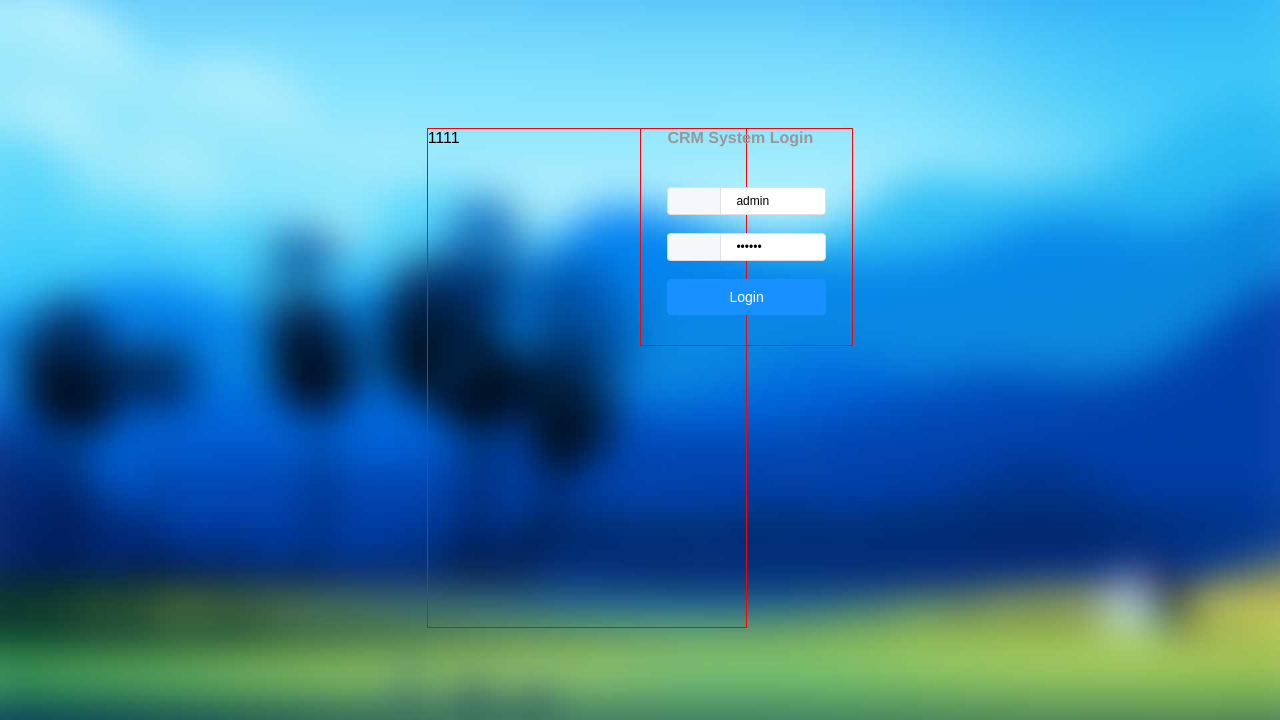
Repository: JasonMMM/ty-crm-sys
Page: /
These files come from the project's save history. The page is drawn as it stood at one moment and after the next save; the edit follows.
The browser window is 1280 px wide. The pictures show the whole page.
The project was rebuilt for these pictures with package versions that can differ from the ones it lists, and the page was loaded fresh each time. Also part of the build but not shown: vue.config.js, src/components/RightPanel/index.vue, src/layout/components/AppMain.vue, src/utils/i18n.js, src/components/Breadcrumb/index.vue, src/components/Hamburger/index.vue, src/components/ErrorLog/index.vue, src/components/Screenfull/index.vue and 18 more.

Above is the page before, as saved 2020-07-24 09:15:28.

### src/styles/element-variables.scss
/**
* I think element-ui's default theme color is too light for long-term use.
* So I modified the default color and you can modify it to your liking.
**/

/* theme color */
$--color-primary: #1890ff;
$--color-success: #13ce66;
$--color-warning: #ffba00;
$--color-danger: #ff4949;
// $--color-info: #1E1E1E;

$--button-font-weight: 400;

// $--color-text-regular: #1f2d3d;

$--border-color-light: #dfe4ed;
$--border-color-lighter: #e6ebf5;

$--table-border: 1px solid #dfe6ec;

/* icon font path, required */
$--font-path: "~element-ui/lib/theme-chalk/fonts";

@import "~element-ui/packages/theme-chalk/src/index";

// the :export directive is the magic sauce for webpack
// https://www.bluematador.com/blog/how-to-share-variables-between-js-and-sass
:export {
  theme: $--color-primary;
}

### src/styles/index.scss
@import './variables.scss';
@import './mixin.scss';
@import './transition.scss';
@import './element-ui.scss';
@import './sidebar.scss';
@import './btn.scss';

body {
  height: 100%;
  -moz-osx-font-smoothing: grayscale;
  -webkit-font-smoothing: antialiased;
  text-rendering: optimizeLegibility;
  font-family: Helvetica Neue, Helvetica, PingFang SC, Hiragino Sans GB, Microsoft YaHei, Arial, sans-serif;
}

label {
  font-weight: 700;
}

html {
  height: 100%;
  box-sizing: border-box;
}

#app {
  height: 100%;
}

*,
*:before,
*:after {
  box-sizing: inherit;
}

.no-padding {
  padding: 0px !important;
}

.padding-content {
  padding: 4px 0;
}

a:focus,
a:active {
  outline: none;
}

a,
a:focus,
a:hover {
  cursor: pointer;
  color: inherit;
  text-decoration: none;
}

div:focus {
  outline: none;
}

.fr {
  float: right;
}

.fl {
  float: left;
}

.pr-5 {
  padding-right: 5px;
}

.pl-5 {
  padding-left: 5px;
}

.block {
  display: block;
}

.pointer {
  cursor: pointer;
}

.inlineBlock {
  display: block;
}

.clearfix {
  &:after {
    visibility: hidden;
    display: block;
    font-size: 0;
    content: " ";
    clear: both;
    height: 0;
  }
}

aside {
  background: #eef1f6;
  padding: 8px 24px;
  margin-bottom: 20px;
  border-radius: 2px;
  display: block;
  line-height: 32px;
  font-size: 16px;
  font-family: -apple-system, BlinkMacSystemFont, "Segoe UI", Roboto, Oxygen, Ubuntu, Cantarell, "Fira Sans", "Droid Sans", "Helvetica Neue", sans-serif;
  color: #2c3e50;
  -webkit-font-smoothing: antialiased;
  -moz-osx-font-smoothing: grayscale;

  a {
    color: #337ab7;
    cursor: pointer;

    &:hover {
      color: rgb(32, 160, 255);
    }
  }
}

//main-container全局样式
.app-container {
  padding: 20px;
}

.components-container {
  margin: 30px 50px;
  position: relative;
}

.pagination-container {
  margin-top: 30px;
}

.text-center {
  text-align: center
}

.sub-navbar {
  height: 50px;
  line-height: 50px;
  position: relative;
  width: 100%;
  text-align: right;
  padding-right: 20px;
  transition: 600ms ease position;
  background: linear-gradient(90deg, rgba(32, 182, 249, 1) 0%, rgba(32, 182, 249, 1) 0%, rgba(33, 120, 241, 1) 100%, rgba(33, 120, 241, 1) 100%);

  .subtitle {
    font-size: 20px;
    color: #fff;
  }

  &.draft {
    background: #d0d0d0;
  }

  &.deleted {
    background: #d0d0d0;
  }
}

.link-type,
.link-type:focus {
  color: #337ab7;
  cursor: pointer;

  &:hover {
    color: rgb(32, 160, 255);
  }
}

.filter-container {
  padding-bottom: 10px;

  .filter-item {
    display: inline-block;
    vertical-align: middle;
    margin-bottom: 10px;
  }
}

//refine vue-multiselect plugin
.multiselect {
  line-height: 16px;
}

.multiselect--active {
  z-index: 1000 !important;
}

### src/utils/error-log.js
import Vue from 'vue'
import store from '@/store'
import { isString, isArray } from '@/utils/validate'
import settings from '@/settings'

// you can set in settings.js
// errorLog:'production' | ['production', 'development']
const { errorLog: needErrorLog } = settings

function checkNeed() {
  const env = process.env.NODE_ENV
  if (isString(needErrorLog)) {
    return env === needErrorLog
  }
  if (isArray(needErrorLog)) {
    return needErrorLog.includes(env)
  }
  return false
}

if (checkNeed()) {
  Vue.config.errorHandler = function(err, vm, info, a) {
  // Don't ask me why I use Vue.nextTick, it just a hack.
  // detail see https://forum.vuejs.org/t/dispatch-in-vue-config-errorhandler-has-some-problem/23500
    Vue.nextTick(() => {
      store.dispatch('errorLog/addErrorLog', {
        err,
        vm,
        info,
        url: window.location.href
      })
      console.error(err, info)
    })
  }
}

### src/styles/mixin.scss
@mixin clearfix {
  &:after {
    content: "";
    display: table;
    clear: both;
  }
}

@mixin scrollBar {
  &::-webkit-scrollbar-track-piece {
    background: #d3dce6;
  }

  &::-webkit-scrollbar {
    width: 6px;
  }

  &::-webkit-scrollbar-thumb {
    background: #99a9bf;
    border-radius: 20px;
  }
}

@mixin relative {
  position: relative;
  width: 100%;
  height: 100%;
}

@mixin pct($pct) {
  width: #{$pct};
  position: relative;
  margin: 0 auto;
}

@mixin triangle($width, $height, $color, $direction) {
  $width: $width/2;
  $color-border-style: $height solid $color;
  $transparent-border-style: $width solid transparent;
  height: 0;
  width: 0;

  @if $direction==up {
    border-bottom: $color-border-style;
    border-left: $transparent-border-style;
    border-right: $transparent-border-style;
  }

  @else if $direction==right {
    border-left: $color-border-style;
    border-top: $transparent-border-style;
    border-bottom: $transparent-border-style;
  }

  @else if $direction==down {
    border-top: $color-border-style;
    border-left: $transparent-border-style;
    border-right: $transparent-border-style;
  }

  @else if $direction==left {
    border-right: $color-border-style;
    border-top: $transparent-border-style;
    border-bottom: $transparent-border-style;
  }
}

### src/styles/transition.scss
// global transition css

/* fade */
.fade-enter-active,
.fade-leave-active {
  transition: opacity 0.28s;
}

.fade-enter,
.fade-leave-active {
  opacity: 0;
}

/* fade-transform */
.fade-transform-leave-active,
.fade-transform-enter-active {
  transition: all .5s;
}

.fade-transform-enter {
  opacity: 0;
  transform: translateX(-30px);
}

.fade-transform-leave-to {
  opacity: 0;
  transform: translateX(30px);
}

/* breadcrumb transition */
.breadcrumb-enter-active,
.breadcrumb-leave-active {
  transition: all .5s;
}

.breadcrumb-enter,
.breadcrumb-leave-active {
  opacity: 0;
  transform: translateX(20px);
}

.breadcrumb-move {
  transition: all .5s;
}

.breadcrumb-leave-active {
  position: absolute;
}

### src/styles/element-ui.scss
// cover some element-ui styles

.el-breadcrumb__inner,
.el-breadcrumb__inner a {
  font-weight: 400 !important;
}

.el-upload {
  input[type="file"] {
    display: none !important;
  }
}

.el-upload__input {
  display: none;
}

.cell {
  .el-tag {
    margin-right: 0px;
  }
}

.small-padding {
  .cell {
    padding-left: 5px;
    padding-right: 5px;
  }
}

.fixed-width {
  .el-button--mini {
    padding: 7px 10px;
    min-width: 60px;
  }
}

.status-col {
  .cell {
    padding: 0 10px;
    text-align: center;

    .el-tag {
      margin-right: 0px;
    }
  }
}

// to fixed https://github.com/ElemeFE/element/issues/2461
.el-dialog {
  transform: none;
  left: 0;
  position: relative;
  margin: 0 auto;
}

// refine element ui upload
.upload-container {
  .el-upload {
    width: 100%;

    .el-upload-dragger {
      width: 100%;
      height: 200px;
    }
  }
}

// dropdown
.el-dropdown-menu {
  a {
    display: block
  }
}

// fix date-picker ui bug in filter-item
.el-range-editor.el-input__inner {
  display: inline-flex !important;
}

// to fix el-date-picker css style
.el-range-separator {
  box-sizing: content-box;
}

### src/styles/sidebar.scss
#app {

  .main-container {
    min-height: 100%;
    transition: margin-left .28s;
    margin-left: $sideBarWidth;
    position: relative;
  }

  .sidebar-container {
    transition: width 0.28s;
    width: $sideBarWidth !important;
    background-color: $menuBg;
    height: 100%;
    position: fixed;
    font-size: 0px;
    top: 0;
    bottom: 0;
    left: 0;
    z-index: 1001;
    overflow: hidden;

    // reset element-ui css
    .horizontal-collapse-transition {
      transition: 0s width ease-in-out, 0s padding-left ease-in-out, 0s padding-right ease-in-out;
    }

    .scrollbar-wrapper {
      overflow-x: hidden !important;
    }

    .el-scrollbar__bar.is-vertical {
      right: 0px;
    }

    .el-scrollbar {
      height: 100%;
    }

    &.has-logo {
      .el-scrollbar {
        height: calc(100% - 50px);
      }
    }

    .is-horizontal {
      display: none;
    }

    a {
      display: inline-block;
      width: 100%;
      overflow: hidden;
    }

    .svg-icon {
      margin-right: 16px;
    }

    .sub-el-icon {
      margin-right: 12px;
      margin-left: -2px;
    }

    .el-menu {
      border: none;
      height: 100%;
      width: 100% !important;
    }

    // menu hover
    .submenu-title-noDropdown,
    .el-submenu__title {
      &:hover {
        background-color: $menuHover !important;
      }
    }

    .is-active>.el-submenu__title {
      color: $subMenuActiveText !important;
    }

    & .nest-menu .el-submenu>.el-submenu__title,
    & .el-submenu .el-menu-item {
      min-width: $sideBarWidth !important;
      background-color: $subMenuBg !important;

      &:hover {
        background-color: $subMenuHover !important;
      }
    }
  }

  .hideSidebar {
    .sidebar-container {
      width: 54px !important;
    }

    .main-container {
      margin-left: 54px;
    }

    .submenu-title-noDropdown {
      padding: 0 !important;
      position: relative;

      .el-tooltip {
        padding: 0 !important;

        .svg-icon {
          margin-left: 20px;
        }

        .sub-el-icon {
          margin-left: 19px;
        }
      }
    }

    .el-submenu {
      overflow: hidden;

      &>.el-submenu__title {
        padding: 0 !important;

        .svg-icon {
          margin-left: 20px;
        }

        .sub-el-icon {
          margin-left: 19px;
        }

        .el-submenu__icon-arrow {
          display: none;
        }
      }
    }

    .el-menu--collapse {
      .el-submenu {
        &>.el-submenu__title {
          &>span {
            height: 0;
            width: 0;
            overflow: hidden;
            visibility: hidden;
            display: inline-block;
          }
        }
      }
    }
  }

  .el-menu--collapse .el-menu .el-submenu {
    min-width: $sideBarWidth !important;
  }

  // mobile responsive
  .mobile {
    .main-container {
      margin-left: 0px;
    }

    .sidebar-container {
      transition: transform .28s;
      width: $sideBarWidth !important;
    }

    &.hideSidebar {
      .sidebar-container {
        pointer-events: none;
        transition-duration: 0.3s;
        transform: translate3d(-$sideBarWidth, 0, 0);
      }
    }
  }

  .withoutAnimation {

    .main-container,
    .sidebar-container {
      transition: none;
    }
  }
}

// when menu collapsed
.el-menu--vertical {
  &>.el-menu {
    .svg-icon {
      margin-right: 16px;
    }
    .sub-el-icon {
      margin-right: 12px;
      margin-left: -2px;
    }
  }

  .nest-menu .el-submenu>.el-submenu__title,
  .el-menu-item {
    &:hover {
      // you can use $subMenuHover
      background-color: $menuHover !important;
    }
  }

  // the scroll bar appears when the subMenu is too long
  >.el-menu--popup {
    max-height: 100vh;
    overflow-y: auto;

    &::-webkit-scrollbar-track-piece {
      background: #d3dce6;
    }

    &::-webkit-scrollbar {
      width: 6px;
    }

    &::-webkit-scrollbar-thumb {
      background: #99a9bf;
      border-radius: 20px;
    }
  }
}

### src/styles/btn.scss
@import './variables.scss';

@mixin colorBtn($color) {
  background: $color;

  &:hover {
    color: $color;

    &:before,
    &:after {
      background: $color;
    }
  }
}

.blue-btn {
  @include colorBtn($blue)
}

.light-blue-btn {
  @include colorBtn($light-blue)
}

.red-btn {
  @include colorBtn($red)
}

.pink-btn {
  @include colorBtn($pink)
}

.green-btn {
  @include colorBtn($green)
}

.tiffany-btn {
  @include colorBtn($tiffany)
}

.yellow-btn {
  @include colorBtn($yellow)
}

.pan-btn {
  font-size: 14px;
  color: #fff;
  padding: 14px 36px;
  border-radius: 8px;
  border: none;
  outline: none;
  transition: 600ms ease all;
  position: relative;
  display: inline-block;

  &:hover {
    background: #fff;

    &:before,
    &:after {
      width: 100%;
      transition: 600ms ease all;
    }
  }

  &:before,
  &:after {
    content: '';
    position: absolute;
    top: 0;
    right: 0;
    height: 2px;
    width: 0;
    transition: 400ms ease all;
  }

  &::after {
    right: inherit;
    top: inherit;
    left: 0;
    bottom: 0;
  }
}

.custom-button {
  display: inline-block;
  line-height: 1;
  white-space: nowrap;
  cursor: pointer;
  background: #fff;
  color: #fff;
  -webkit-appearance: none;
  text-align: center;
  box-sizing: border-box;
  outline: 0;
  margin: 0;
  padding: 10px 15px;
  font-size: 14px;
  border-radius: 4px;
}

### src/views/login/index.vue
<template>
  <div class="login-container">
    <img class="login-bg-img" src="@/assets/images/login/blur/morning_blur.jpg" alt="">
    <el-row class="login-container-row">
      <el-col :sm="6" :offset="8" class="hidden-sm-and-down">
        <div class="login-left-col">
          1111
        </div>
      </el-col>
      <el-col :sm="{span: 4, pull: 2}" :xs="{span: 20, offset: 2}" class="login-right-col">
        <el-form
          ref="loginForm"
          :model="loginForm"
          :rules="loginRules"
          class="login-form"
          autocomplete="on"
          label-position="left"
          size="mini"
        >
          <el-col :sm="{span: 18, offset:3}">
            <!-- <div class="title-logo">
              <img src="@/assets/images/tianyi_logo_png.png" alt="">
            </div> -->
            <div class="title-container">
              <h3 class="title">{{ $t('login.title') }}</h3>
              <lang-select class="set-language" />
            </div>
            <el-form-item prop="username">
              <el-input
                ref="username"
                v-model="loginForm.username"
                :placeholder="$t('login.username')"
                name="username"
                type="text"
                autocomplete="on"
              >
                <template slot="prepend">
                  <svg-icon icon-class="user" />
                </template>
              </el-input>
            </el-form-item>

            <el-tooltip v-model="capsTooltip" content="大写已打开" placement="right" manual>
              <el-form-item prop="password">
                <el-input
                  :key="passwordType"
                  ref="password"
                  v-model="loginForm.password"
                  :type="passwordType"
                  :placeholder="$t('login.password')"
                  name="password"
                  tabindex="2"
                  autocomplete="on"
                  @keyup.native="checkCapslock"
                  @blur="capsTooltip = false"
                  @keyup.enter.native="handleLogin"
                >
                  <template slot="prepend">
                    <svg-icon icon-class="password" />
                  </template>
                </el-input>
                <span class="show-pwd" @click="showPwd">
                  <svg-icon :icon-class="passwordType === 'password' ? 'eye' : 'eye-open'" />
                </span>
              </el-form-item>
            </el-tooltip>

            <el-button
              :loading="loading"
              type="primary"
              style="width:100%;margin-bottom:30px;"
              @click.native.prevent="handleLogin"
            >{{ $t('login.logIn') }}</el-button>
          </el-col>
        </el-form>
      </el-col>
    </el-row>
  </div>
</template>

<script>
import { validUsername } from "@/utils/validate";
import LangSelect from "@/components/LangSelect";
import SocialSign from "./components/SocialSignin";

export default {
  name: "Login",
  components: { LangSelect, SocialSign },
  data() {
    return {
      loginForm: {
        username: "admin",
        password: "111111",
      },
      loginRules: {
        username: [
          { required: true, trigger: "change", message: "请输入用户名"},
        ],
        password: [
          { required: true, trigger: "blur", message: "请输入密码"},
        ],
      },
      passwordType: "password",
      capsTooltip: false,
      loading: false,
      showDialog: false,
      redirect: undefined,
      otherQuery: {},
    };
  },
  watch: {
    $route: {
      handler: function (route) {
        const query = route.query;
        if (query) {
          this.redirect = query.redirect;
          this.otherQuery = this.getOtherQuery(query);
        }
      },
      immediate: true,
    },
  },
  created() {
    // window.addEventListener('storage', this.afterQRScan)
  },
  mounted() {
    if (this.loginForm.username === "") {
      this.$refs.username.focus();
    } else if (this.loginForm.password === "") {
      this.$refs.password.focus();
    }
  },
  destroyed() {
    // window.removeEventListener('storage', this.afterQRScan)
  },
  methods: {
    checkCapslock(e) {
      const { key } = e;
      this.capsTooltip = key && key.length === 1 && key >= "A" && key <= "Z";
    },
    showPwd() {
      if (this.passwordType === "password") {
        this.passwordType = "";
      } else {
        this.passwordType = "password";
      }
      this.$nextTick(() => {
        this.$refs.password.focus();
      });
    },
    handleLogin() {
      this.$refs.loginForm.validate((valid) => {
        if (valid) {
          this.loading = true;
          this.$store
            .dispatch("user/login", this.loginForm)
            .then(() => {
              this.$router.push({
                path: this.redirect || "/",
                query: this.otherQuery,
              });
              this.loading = false;
            })
            .catch(() => {
              this.loading = false;
            });
        } else {
          console.log("error submit!!");
          return false;
        }
      });
    },
    getOtherQuery(query) {
      return Object.keys(query).reduce((acc, cur) => {
        if (cur !== "redirect") {
          acc[cur] = query[cur];
        }
        return acc;
      }, {});
    },
  },
};
</script>

<style lang="scss">
/* 修复input 背景不协调 和光标变色 */
/* Detail see https://github.com/PanJiaChen/vue-element-admin/pull/927 */

$bg: #283443;
$light_gray: #fff;
$dark_gray: #000000;
$cursor: #fff;

@supports (-webkit-mask: none) and (not (cater-color: $cursor)) {
  .login-container .el-input input {
    color: $cursor;
  }
}

/* reset element-ui css */
.login-container {
  .el-input {
    input {
      color: $dark_gray;
      caret-color: $dark_gray;
    }
  }
  .login-bg-img {
    z-index: 1;
    position: absolute;
    width: 100%;
    height: 100%;
  }
}
</style>

<style lang="scss" scoped>
$bg: #ffffff;
$dark_gray: #000000;
$light_gray: #ffffff;
$row_bg: #000000;

.login-container {
  min-height: 100%;
  width: 100%;
  background-color: $bg;
  overflow: hidden;

  .login-container-row {
    height: 100%;
    position: relative;
    top: 0px;
    bottom: 0px;
    width: 100%;
    z-index: 999;
    margin-top: 8rem;
  }
  .login-left-col {
    border: 1px solid red;
    height: 500px;
  }
  .login-right-col {
        border: 1px solid red;
    // padding: 20px;
  }

  .login-form {
    position: relative;
    width: 520px;
    max-width: 100%;
    // padding: 160px 35px 0;
    margin: 0 auto;
    overflow: hidden;

    .title-logo {
      img{
        width: 200px;
      }
    }
  }

  .tips {
    font-size: 14px;
    color: #fff;
    margin-bottom: 10px;

    span {
      &:first-of-type {
        margin-right: 16px;
      }
    }
  }

  .svg-container {
    padding: 6px 5px 6px 15px;
    color: $dark_gray;
    vertical-align: middle;
    width: 30px;
    display: inline-block;
  }

  .title-container {
    position: relative;

    .title {
      font-size: 16px;
      color: #989898;
      margin: 0px auto 40px auto;
      text-align: left;
      font-weight: bold;
    }

    .set-language {
      color: #1890ff;
      position: absolute;
      top: 3px;
      font-size: 18px;
      right: 0px;
      cursor: pointer;
    }
  }

  .show-pwd {
    position: absolute;
    right: 10px;
    top: 2px;
    font-size: 16px;
    color: $dark_gray;
    cursor: pointer;
    user-select: none;
  }

  .thirdparty-button {
    position: absolute;
    right: 0;
    bottom: 6px;
  }

  @media only screen and (max-width: 470px) {
    .thirdparty-button {
      display: none;
    }
  }
}
</style>

### src/components/SvgIcon/index.vue
<template>
  <div v-if="isExternal" :style="styleExternalIcon" class="svg-external-icon svg-icon" v-on="$listeners" />
  <svg v-else :class="svgClass" aria-hidden="true" v-on="$listeners">
    <use :xlink:href="iconName" />
  </svg>
</template>

<script>
// doc: https://panjiachen.github.io/vue-element-admin-site/feature/component/svg-icon.html#usage
import { isExternal } from '@/utils/validate'

export default {
  name: 'SvgIcon',
  props: {
    iconClass: {
      type: String,
      required: true
    },
    className: {
      type: String,
      default: ''
    }
  },
  computed: {
    isExternal() {
      return isExternal(this.iconClass)
    },
    iconName() {
      return `#icon-${this.iconClass}`
    },
    svgClass() {
      if (this.className) {
        return 'svg-icon ' + this.className
      } else {
        return 'svg-icon'
      }
    },
    styleExternalIcon() {
      return {
        mask: `url(${this.iconClass}) no-repeat 50% 50%`,
        '-webkit-mask': `url(${this.iconClass}) no-repeat 50% 50%`
      }
    }
  }
}
</script>

<style scoped>
.svg-icon {
  width: 1em;
  height: 1em;
  vertical-align: -0.15em;
  fill: currentColor;
  overflow: hidden;
}

.svg-external-icon {
  background-color: currentColor;
  mask-size: cover!important;
  display: inline-block;
}
</style>

### src/components/LangSelect/index.vue
<template>
  <el-dropdown trigger="click" class="international" @command="handleSetLanguage">
    <div>
      <svg-icon class-name="international-icon" icon-class="language" />
    </div>
    <el-dropdown-menu slot="dropdown">
      <el-dropdown-item :disabled="language==='zh'" command="zh">
        中文
      </el-dropdown-item>
      <el-dropdown-item :disabled="language==='en'" command="en">
        English
      </el-dropdown-item>
      <el-dropdown-item :disabled="language==='es'" command="es">
        Español
      </el-dropdown-item>
      <el-dropdown-item :disabled="language==='ja'" command="ja">
        日本語
      </el-dropdown-item>
    </el-dropdown-menu>
  </el-dropdown>
</template>

<script>
export default {
  computed: {
    language() {
      return this.$store.getters.language
    }
  },
  methods: {
    handleSetLanguage(lang) {
      this.$i18n.locale = lang
      this.$store.dispatch('app/setLanguage', lang)
      this.$message({
        message: 'Switch Language Success',
        type: 'success'
      })
    }
  }
}
</script>

Loaded but not shown: public/index.html (common file); src/App.vue (common file); src/store/index.js (common file); src/router/index.js (common file); src/icons/index.js (common file); src/store/getters.js (common file); src/store/modules/errorLog.js (common file); src/store/modules/settings.js (common file); src/router/modules/charts.js (common file); src/utils/auth.js (common file); src/utils/get-page-title.js (common file); src/api/user.js (common file); src/utils/index.js (357 lines, source omitted); src/lang/es.js (175 lines, source omitted); src/lang/en.js (175 lines, source omitted); src/lang/ja.js (175 lines, source omitted); src/lang/zh.js (175 lines, source omitted); src/store/modules/tagsView.js (160 lines, source omitted); src/store/modules/user.js (131 lines, source omitted); src/router/modules/components.js (102 lines, source omitted); src/permission.js (74 lines, source omitted); src/utils/request.js (85 lines, source omitted); src/utils/validate.js (87 lines, source omitted); src/router/modules/nested.js (66 lines, source omitted); src/filters/index.js (68 lines, source omitted); src/store/modules/app.js (65 lines, source omitted); src/store/modules/permission.js (69 lines, source omitted); src/lang/index.js (55 lines, source omitted); src/main.js (54 lines, source omitted); src/router/modules/table.js (41 lines, source omitted); src/settings.js (42 lines, source omitted)

After the next save:
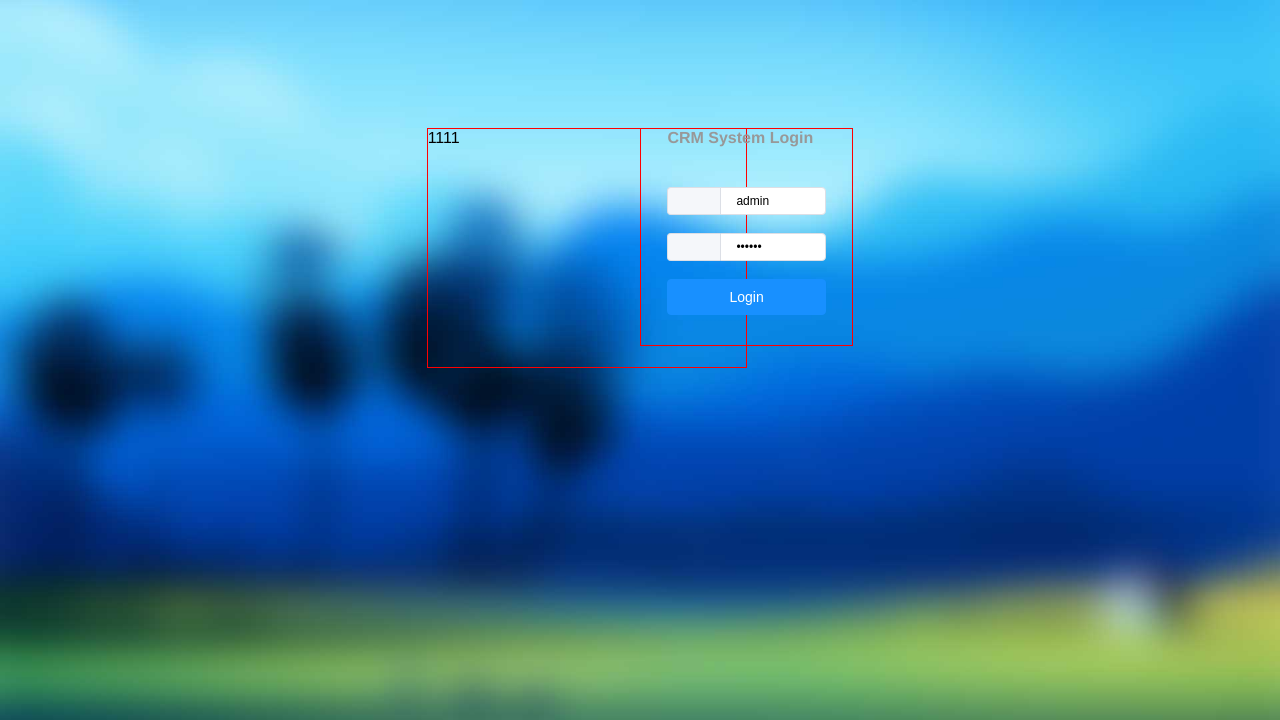
Saved 17 s later.
--- a/src/views/login/index.vue
+++ b/src/views/login/index.vue
@@ -237,7 +237,7 @@
   }
   .login-left-col {
     border: 1px solid red;
-    height: 500px;
+    height: 240px;
   }
   .login-right-col {
         border: 1px solid red;
